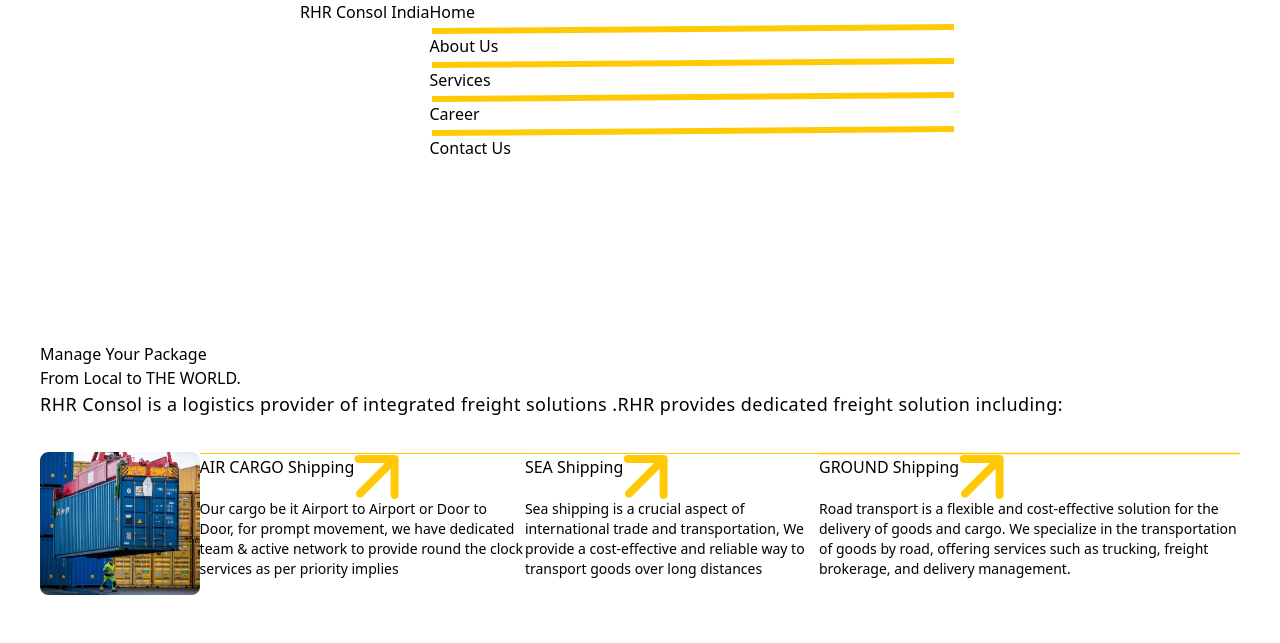
Repository: husainmamuwala/RHRConsol
Page: /services
The author's editor kept a copy of each file at every save. The page is drawn from the files as they stood at one save, then again after a run of saves.
The browser window is 1280 px wide. The pictures show the whole page.
The project was rebuilt for these pictures with package versions that can differ from the ones it lists, and the page was loaded fresh each time. The framework's server and built-in components were replaced by stand-ins that run in the browser. Also part of the build but not shown: next.config.js.

Above is the page before, as saved 2023-02-04 10:23:57.

### pages/services.jsx
import React from 'react'
import Navbar from '../Components/Navbar'
import Services from '../Components/Services'

const services = () => {
  return (
    <div>
        <div>
            <Navbar/>
        </div>
        <div>
          <Services/>
        </div>
    </div>
  )
}

export default services

### styles/globals.css
@tailwind base;
@tailwind components;
@tailwind utilities;

@layer base{
    @font-face{
        font-family: "Mulish";
        src: url('/fonts/Mulish.woff') format('woff');
        font-family: 'Montserrat', sans-serif

    }

}

### Components/Navbar.jsx
import React, { useState } from "react";
import Link from "next/link";
import { Bars3Icon, XMarkIcon } from "@heroicons/react/24/solid";

const Navbar = () => {
  const Links = [
    {
      name: "Home",
      link: "/",
    },
    {
      name: "About Us",
      link: "/about",
    },
    {
      name: "Services",
      link: "/services",
    },
    {
        name:"Career",
        link:'/career',
    }
  ];
  const [open, setOpen] = useState(false);
  return (
    <div className="w-full top-0 px-5 bg-[#1C2C5E]">
      <div className="lg:flex justify-between lg:items-center flex py-2">
        <div className="flex items-center">
          <Link href="/">
          <svg
          className="w-16 h-16 " width="auto" height="auto" viewBox="0 0 86 98" fill="none" xmlns="http://www.w3.org/2000/svg">
              <rect x="1" y="24" width="5" height="50" fill="white"/>
              <path d="M35 17L40 14V94H35V17Z" fill="white"/>
              <path d="M36.525 51L36 46H50V51H36.525Z" fill="white"/>
              <path d="M51 80L46 83L46 3L51 4L51 80Z" fill="white"/>
              <path d="M12 66.5375L17 69L17 29L12 29.4875L12 66.5375Z" fill="white"/>
              <path d="M24 49L29 46.3267V22L24 22.3506V49Z" fill="white"/>
              <path d="M24 73.8303L29 75V56L24 56.2316V73.8303Z" fill="white"/>
              <path d="M26.2657 60.4936L29 56L13.5833 47L13.5834 53L26.2657 60.4936Z" fill="white"/>
              <path d="M15.7343 53.7164L13 49.2227L28.4167 40.2227L28.4166 46.2227L15.7343 53.7164Z" fill="white"/>
              <path d="M14.7362 33.7152L12 29.2227L29.1541 19.1742L28.8523 25.3563L14.7362 33.7152Z" fill="white"/>
              <path d="M73.8083 66.586L68.8083 69.0485V29.0485L73.8083 29.536V66.586Z" fill="white"/>
              <path d="M61.8083 49.0485L56.8083 46.3752V22.0485L61.8083 22.3992V49.0485Z" fill="white"/>
              <path d="M61.8083 73.8788L56.8083 75.0485V56.0485L61.8083 56.2801V73.8788Z" fill="white"/>
              <path d="M59.5427 60.5422L56.8084 56.0485L72.225 47.0485L72.225 53.0485L59.5427 60.5422Z" fill="white"/>
              <path d="M70.074 53.7649L72.8083 49.2712L57.3917 40.2712L57.3917 46.2712L70.074 53.7649Z" fill="white"/>
              <path d="M71.0722 33.7638L73.8083 29.2712L56.6543 19.2227L56.9561 25.4048L71.0722 33.7638Z" fill="white"/>
              <rect x="81" y="24" width="5" height="50" fill="white"/>
              <path d="M40.5 1L40.5001 7.49999L3.33602 28.425L0.761346 24.1388L40.5 1Z" fill="white"/>
              <path d="M81 70L86.0001 73.5L46 96.5L46 90L81 70Z" fill="white"/>
              <path d="M83.1641 28.2111L85.7388 23.925L46.0001 0.999995L46.0001 4L46 6.5L83.1641 28.2111Z" fill="white"/>
              <path d="M40 96.5L40.0001 90L3.57476 70L1.00009 74.2861L40 96.5Z" fill="white"/>
        </svg>
          </Link>
        <p className="text-white pl-2 font-semibold lg:font-bold lg:text-2xl lg:tracking-wider">RHR Consol India</p>
        </div>
        <div
          onClick={() => setOpen(!open)}
          className="text-3xl cursor-pointer lg:hidden self-center place-content-end ml-auto mr-5"
        >
          {!open ? <Bars3Icon className="h-10 w-10 text-[#FFCA05]" /> : <XMarkIcon className="h-10 w-10 text-[#FFCA05]" />}
        </div>
        <div className="">
          <ul
            className={`lg:flex lg:flex-row lg:items-center font-Montserrat lg:pb-0 text-white
            absolute lg:static bg-[#1C2C5E] lg:bg-transparent lg:z-auto w-full left-0  lg:pl-0 pl-9 lg:w-auto
            transition-all duration-1000 ease-in top-20 pb-5 rounded-b-2xl z-40
            ${open ? "flex-col" : "hidden"}`}
          >
            {Links.map((link) => (
              <li onClick={() => setOpen(false)} key={link.link} className="
              md:ml-8 text-xl md:text-lg my-7 hover:text-[#FFCA05] transition-all hover:top-1 pl-2">
                <Link href={link.link}>{link.name}</Link>
                <svg
              className="w-[10rem] lg:w-[15rem] lg:ml-14 lg:hidden"
              width="auto"
              height="10"
              viewBox="0 0 262 5"
              fill="none"
              xmlns="http://www.w3.org/2000/svg"
            >
              <line x1="0.988506"y1="3.50004"x2="261.988"y2="1.50004"stroke="#FFCA05"stroke-width="3"/>
            </svg>
              </li>
            ))}
            <div className="py-4 ml-1">
              <a href="/contact">
            <button className="bg-[#FFCA05] rounded-xl px-5 py-1 text-[#1C2C5E] font-Montserrat md:text-lg
            lg:ml-10 hover:scale-105">
                Contact Us
            </button>
              </a>
            </div>
          </ul>
        </div>
      </div>
    </div>
  );
};

export default Navbar;

### Components/Services.jsx
import React, { Component } from 'react';


const Services = () => {
  const Data = [
    {
      main:"AIR CARGO",
      sub:"Shipping",
      icon:"img/a2.png",
      desc:"Our cargo be it Airport to Airport or Door to Door, for prompt movement, we have dedicated team & active network to provide round the clock services as per priority implies",

    },
    {
      main:"SEA",
      sub:"Shipping",
      icon:"img/a2.png",
      desc:"Sea shipping is a crucial aspect of international trade and transportation, We provide a cost-effective and reliable way to transport goods over long distances",

    },
    {
      main:"GROUND",
      sub:"Shipping",
      icon:"img/a2.png",
      desc:"Road transport is a flexible and cost-effective solution for the delivery of goods and cargo. We specialize in the transportation of goods by road, offering services such as trucking, freight brokerage, and delivery management.",

    }
  ];

  return (
    <div className='px-10 py-5'>
      <div className='bg-secondary w-full rounded-[2rem] md:py-10 py-5 md:px-10 px-5'>
        <div className='flex flex-row justify-between'>
          <div className=' text-white'>
            <span className='md:text-6xl text-xl font-bold'>Manage Your Package</span>
            <br />
            <span className='md:text-6xl text-xl font-bold '>From Local to <span className='text-primary'> THE WORLD.</span></span>
            <br />
            <span className='text-lg tracking-wide'>RHR Consol is a logistics provider of integrated freight solutions .RHR provides dedicated freight solution including:</span>
          </div>
          <div className=''>
            <img
              src='img/arrow 1.png'
              alt=' ' />
          </div>
        </div>


        <div className='py-5 flex md:flex-row flex-col mt-5'>
          <div className='w-1/2 h-auto'>
            <img
              src='img/service1.png'
              className='' />
          </div>
          <div className='flex flex-col'>
          {
            Data.map((d)=>(
          <div className='md:pr-28 md:ml-5'>
            <div className='w-full'>
            <svg width="auto" height="3" viewBox="0 0 900 3" fill="none" xmlns="http://www.w3.org/2000/svg"
            className='md:w-[53rem]'>
              <line y1="1.5" x2="900" y2="1.5" stroke="#FFCA05" stroke-width="3" />
            </svg>
            </div>
            <div className='flex flex-row justify-between mt-3'>
              <p className='text-white font-semibold md:text-3xl text-xl'>
                <span className='text-primary'>{d.main}{" "}</span>{d.sub}</p>
              <img
                src={d.icon} />
            </div>
            <p className='text-white pr-10 pb-2 text-sm'>{d.desc}</p>
          </div>
            ))
          }
          </div>
        </div>
      </div>
    </div>
  )
}

export default Services;

### tailwind.config.js
/** @type {import('tailwindcss').Config} */
module.exports = {
  content: [
    "./pages/**/*.{js,ts,jsx,tsx}",
    "./components/**/*.{js,ts,jsx,tsx}",
  ],
  theme: {
    extend: {
      fontFamily: {
        mulish:'Mulish'
      },
      colors:{
        primary:"#FFCA05",
        secondary:"#1C2C5E",
      }
    },
  },
  plugins: [

  ],
}

Loaded but not shown: pages/_app.js (common file)

After the next 2 saves:
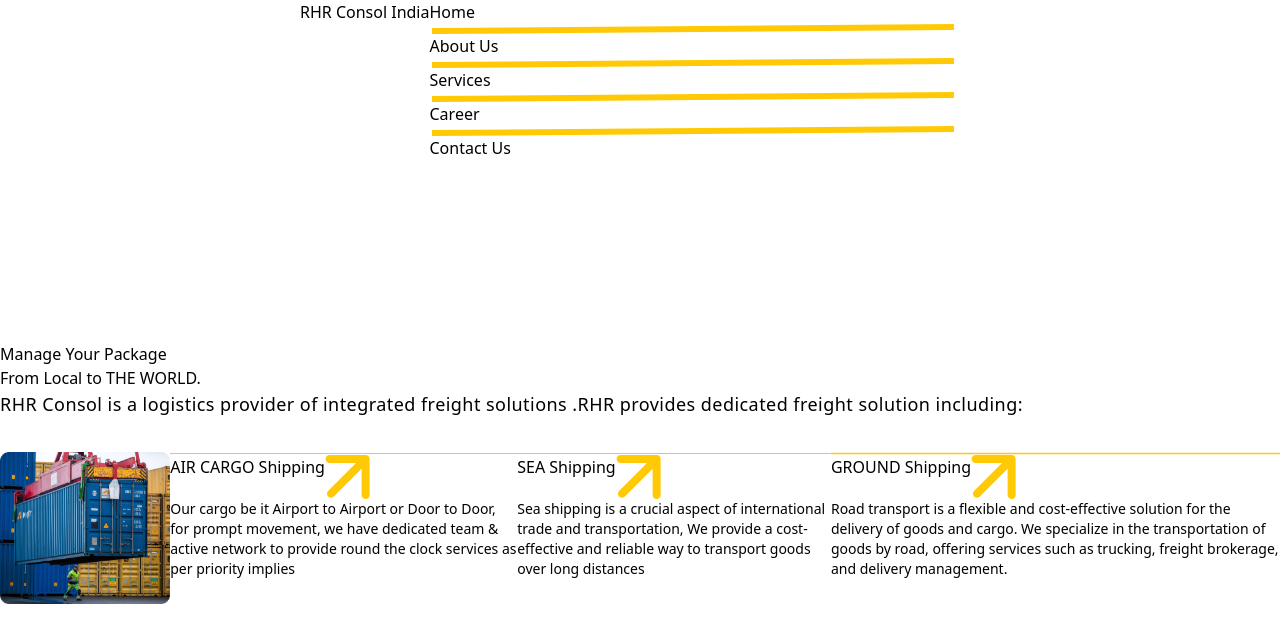
The 2 saves are shown as one change because they came seconds apart.
The last was saved 16 s later.
--- a/Components/Services.jsx
+++ b/Components/Services.jsx
@@ -27,7 +27,7 @@
   ];
 
   return (
-    <div className='px-10 py-5'>
+    <div className='md:px-10 px-5 py-5'>
       <div className='bg-secondary w-full rounded-[2rem] md:py-10 py-5 md:px-10 px-5'>
         <div className='flex flex-row justify-between'>
           <div className=' text-white'>
